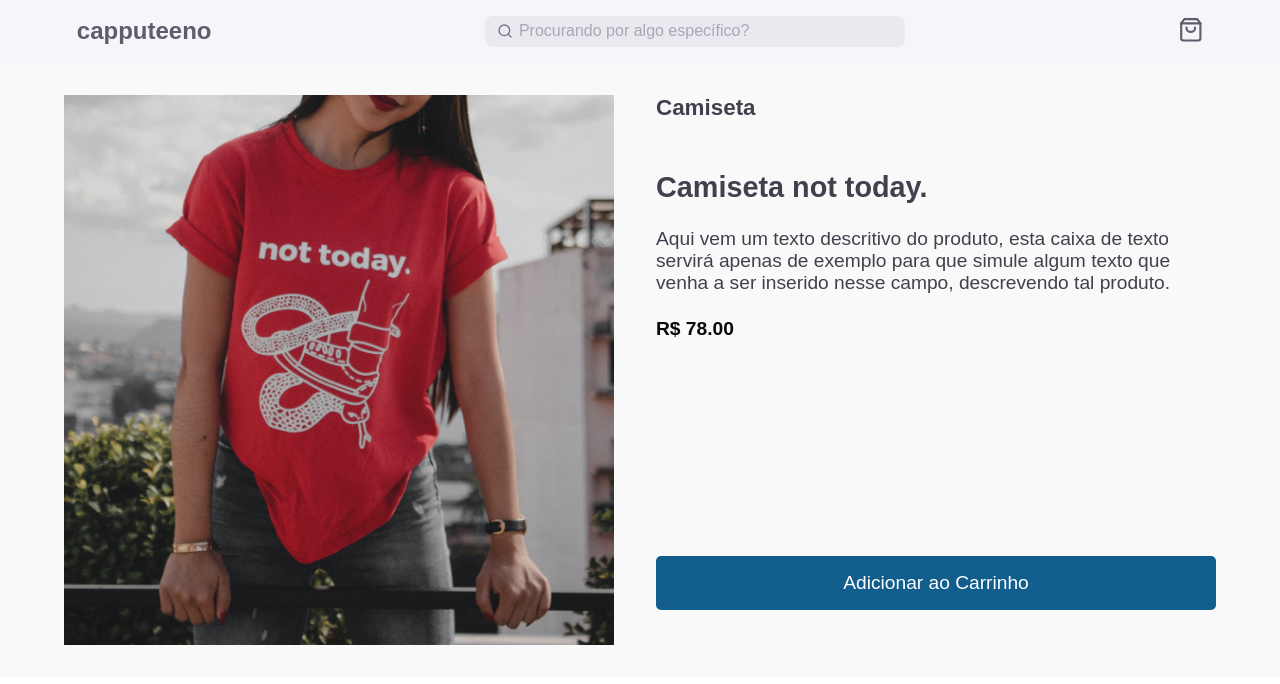
Repository: Biel-barbosa/capputeenoecomerce
Page: /product/1
An editor plug-in stored every save of this project. The page is shown before and after the next save, followed by the edit.
The browser window is 1280 px wide. The pictures show the whole page.
The project was rebuilt for these pictures with package versions that can differ from the ones it lists, and the page was loaded fresh each time. The framework's server and built-in components were replaced by stand-ins that run in the browser. Also part of the build but not shown: next.config.ts.

Above is the page before, as saved 2025-04-25 14:51:05.

After the next save:
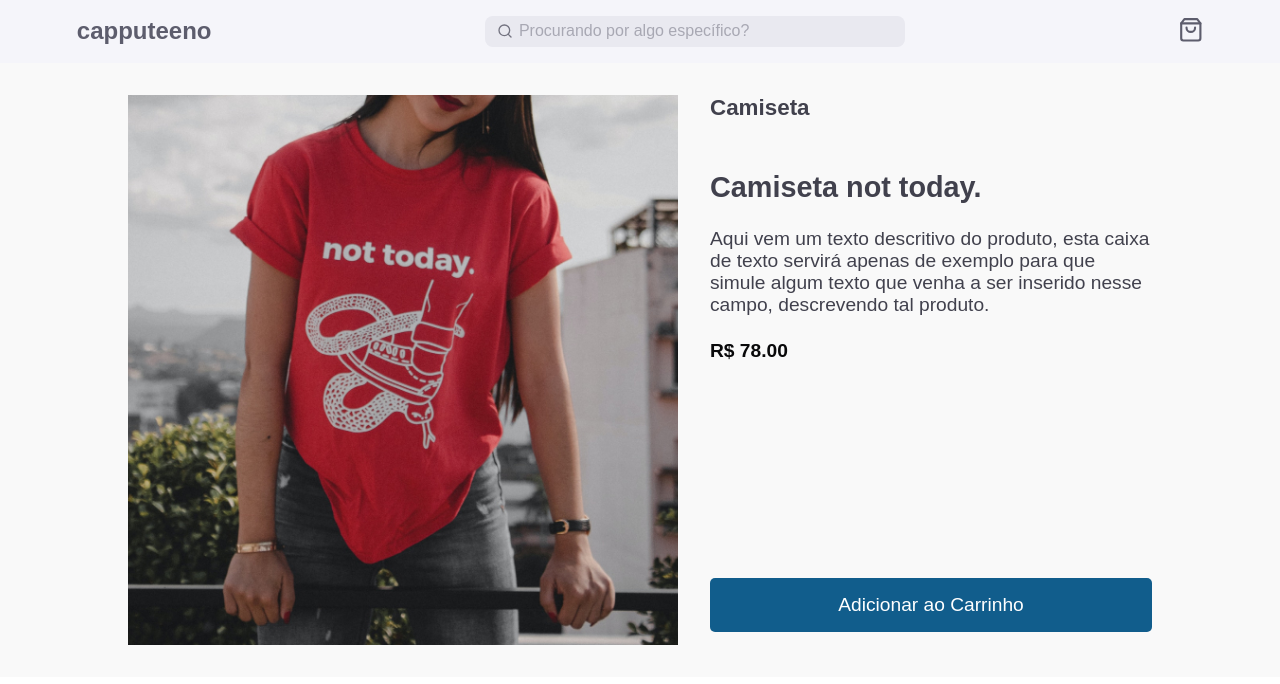
Saved 7 s later.
--- a/src/app/product/[id]/page.tsx
+++ b/src/app/product/[id]/page.tsx
@@ -16,7 +16,7 @@ const ProductPageContainer = styled.div`
 
   /* Maior espaçamento nas laterais em telas maiores */
   @media (min-width: 1024px) {
-    padding: 2rem 4rem; /* Mais espaçamento nas laterais */
+    padding: 2rem 8rem; /* Mais espaçamento nas laterais */
   }
 `;
 
